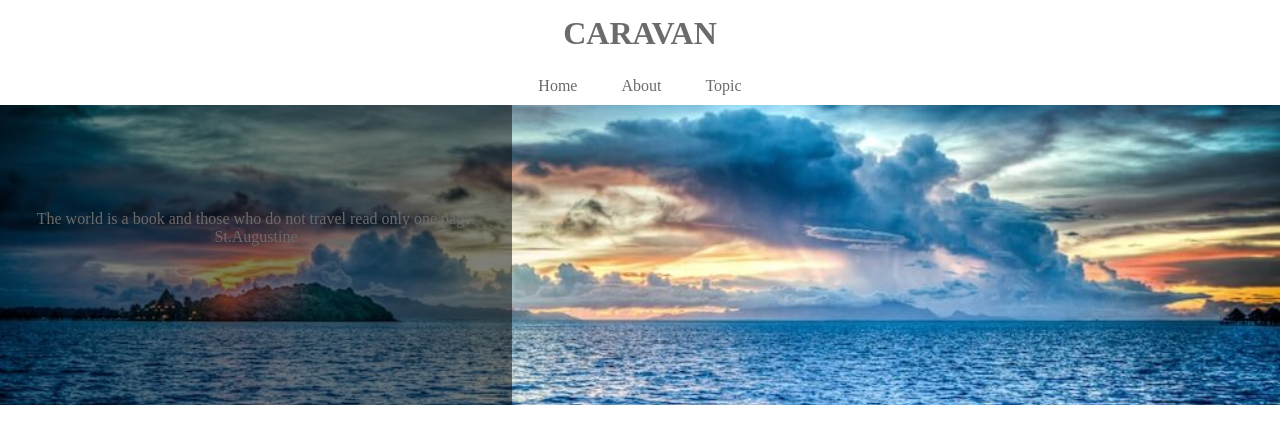
Repository: Raychel-310/chapter10
Page: chapter6/chapter6.html
The author's editor kept a record of every edit. The page is drawn from the files as they stood at one moment, then again after the next edit.
The browser window is 1280 px wide. The pictures show the whole page.

Above is the page before.

### chapter6/chapter6.html
<!DOCTYPE html>
<html lang="ja">
  <head>
    <meta charset="UTF-8" />
    <!-- CSSファイルの読み込み -->
    <link rel="stylesheet" href="chapter6.css" />
    <title>CARAVAN</title>
  </head>

<body>
  <!--header-->
  <header>
    <h1 class="heading">
      <a href="index.html">
        CARAVAN
      </a>
    </h1>
  </header>

  <!--navigation-->
  <nav>
    <ul class="nav-list">
      <li class="nav-list-item">
        <a href="index.html">Home</a>
      </li>
      <li class="nav-list-item">About</li>
      <li class="nav-list-item">Topic</li>
    </ul>
  </nav>

  <!--mainvisual用のdiv-->
  <div class="main-visual">
    <div class="main-visual-content">
      <!--pタグと文字を追加-->
      <p class="main-visual-text">
        The world is a book and those who do not travel read only one page.
      </p>
      <p class="main-visual-name">
        St.Augustine
      </p>
    </div>
  </div>
</body>

### chapter6/chapter6.css
/* ブラウザがそれぞれ持っているCSSをリセットするための記述 */
* {
  margin: 0;
  padding: 0;
  box-sizing: border-box;
  color: #6c6b6b;
}

a {
  text-decoration: none;
}

header {
  width: 90%;
  padding: 15px 0;
  margin: 0 auto;
  text-align: center;
}

header .heading{
  /*headerタグ内のheadingクラスにのみ反映される*/
  font-size: 32px;
}

.nav-list {
  text-align: center;
  padding: 10px 0;
  margin: 0 auto;
}

.nav-list-item {
  list-style: none;
  display: inline-block;
  margin: 0 20px;
}

.main-visual {
  width: 100%;
  height: 300px;
  background-image: url(img/mv.jpg);
  background-size: cover; /* 縦横比を維持したまま背景領域を埋め尽くす */
  background-position: center; /* 背景画像を中央に配置 */
}

.main-visual-content {
  width: 40%;
  height: 300px;
  background-color: rgba( 0, 0, 0, 0.5); /* 背景色を半透明の黒にする */
  text-align: center; /* 文字を中央揃えにする */
  padding-top: 105px; /* 上側の内側余白で垂直方向の位置を調整 */
}

.main {
  width: 840px;
  display: flex;
  justify-content: center;
  margin: 0 auto;
}

.blog {
  width: 600px;
  height: 1400px;
}

.sidebar {
  width: 240px;
  height: 1400px;
}

footer {
  width: 100%;
  height: 120px;
  text-align: center;
  line-height: 120px;
  background-color: #848282
}

.footer-text {
  color: #fff;
}

After the next edit:
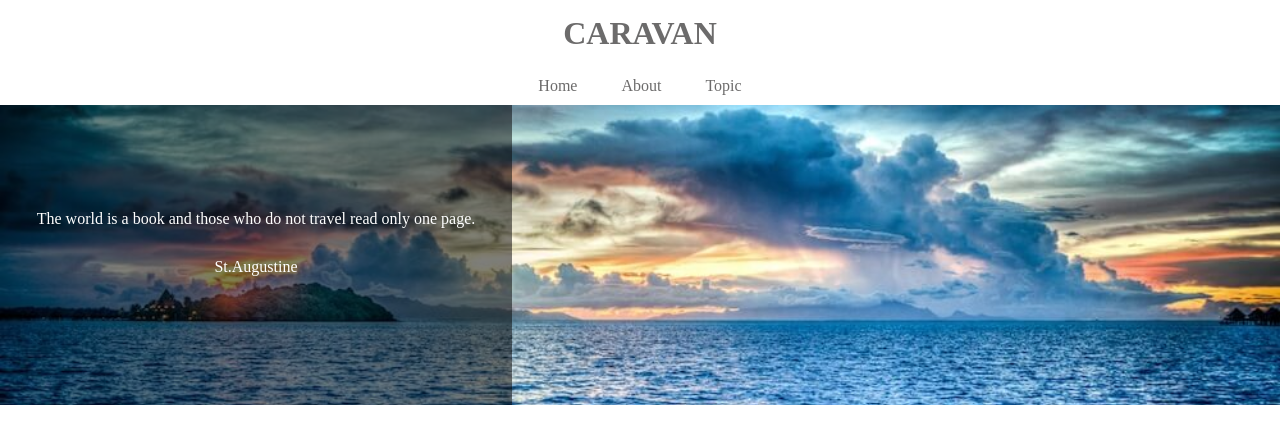
The edit:
--- a/chapter6/chapter6.css
+++ b/chapter6/chapter6.css
@@ -50,6 +50,15 @@
   padding-top: 105px; /* 上側の内側余白で垂直方向の位置を調整 */
 }
 
+.main-visual-text {
+  color: #fff; /* 文字色を白に変更 */
+}
+
+.main-visual-name {
+  margin-top: 30px; /* 上側の外側の余白 */
+  color: #fff; /* 文字色を白に変更 */
+}
+
 .main {
   width: 840px;
   display: flex;
